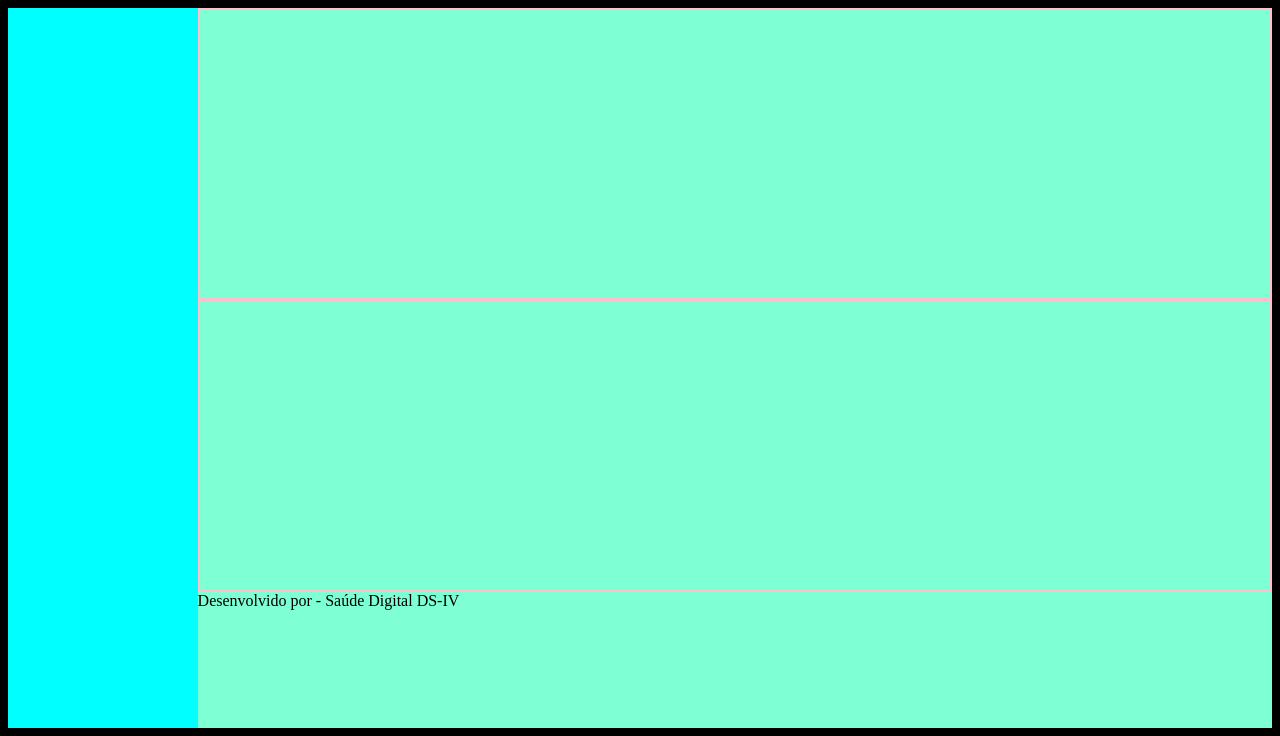
Repository: br-on/ddaf-chamados
Page: index.html
The author's editor kept a copy of each file at every save. The page is drawn from the files as they stood at one save, then again after the next save.
The browser window is 1280 px wide. The pictures show the whole page.

Above is the page before, as saved 2025-01-19 20:25:12.

After the next save:
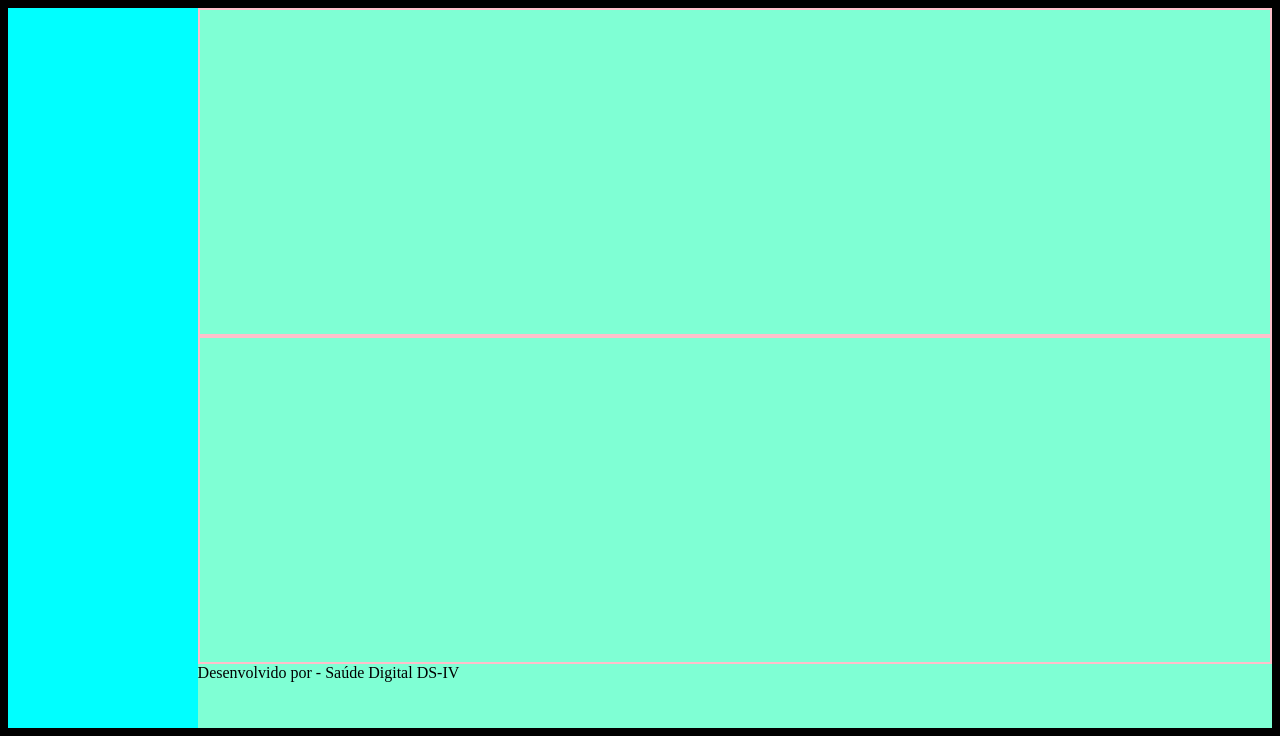
Saved 12 s later.
--- a/style.css
+++ b/style.css
@@ -13,11 +13,11 @@ main {
 }
 
 .tipos-demandas {
-    height: 40%;
+    height: 45%;
     border: solid pink 2px;
 }
 
 .andamento-demandas {
-    height: 40%;
+    height: 45%;
     border: solid pink 2px;
 }
